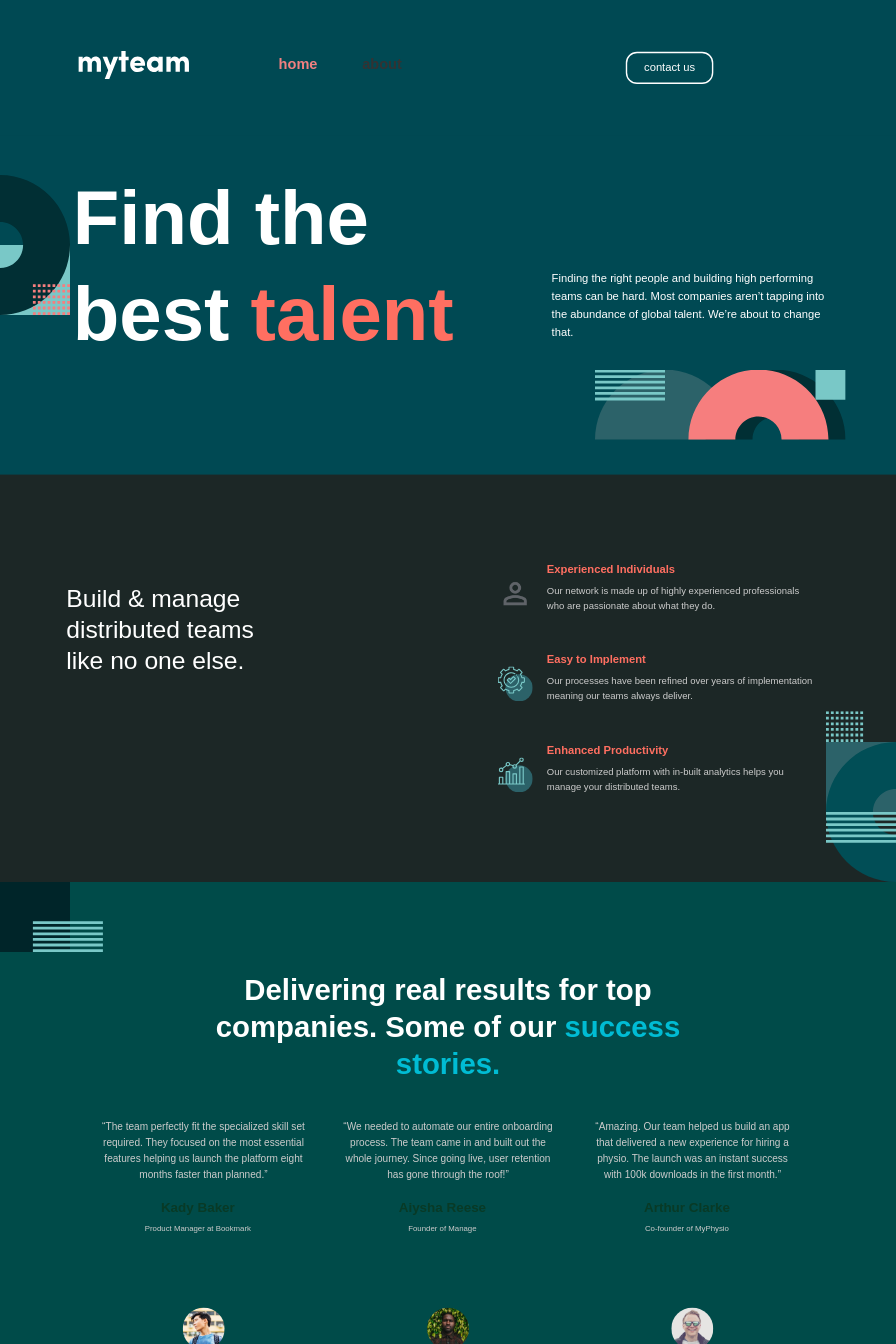
Repository: Gabriel221-dev/Project-page-main
Page: /
These files come from the project's save history. The page is drawn as it stood at one moment and after the next save; the edit follows.
The browser window is 1280 px wide. The pictures show the part of the page from y = 0 to 1920 px (the page is 2612 px tall), at 70% of full size.
The project was rebuilt for these pictures with package versions that can differ from the ones it lists, and the page was loaded fresh each time. Also part of the build but not shown: vite.config.js, src/pages/About.css, src/components/DirectorCard.css, src/components/DirectorCard.jsx, src/pages/About.jsx, src/pages/Contact.css, src/pages/Contact.jsx.

Above is the page before, as saved 2024-07-23 09:27:47.

After the next save:
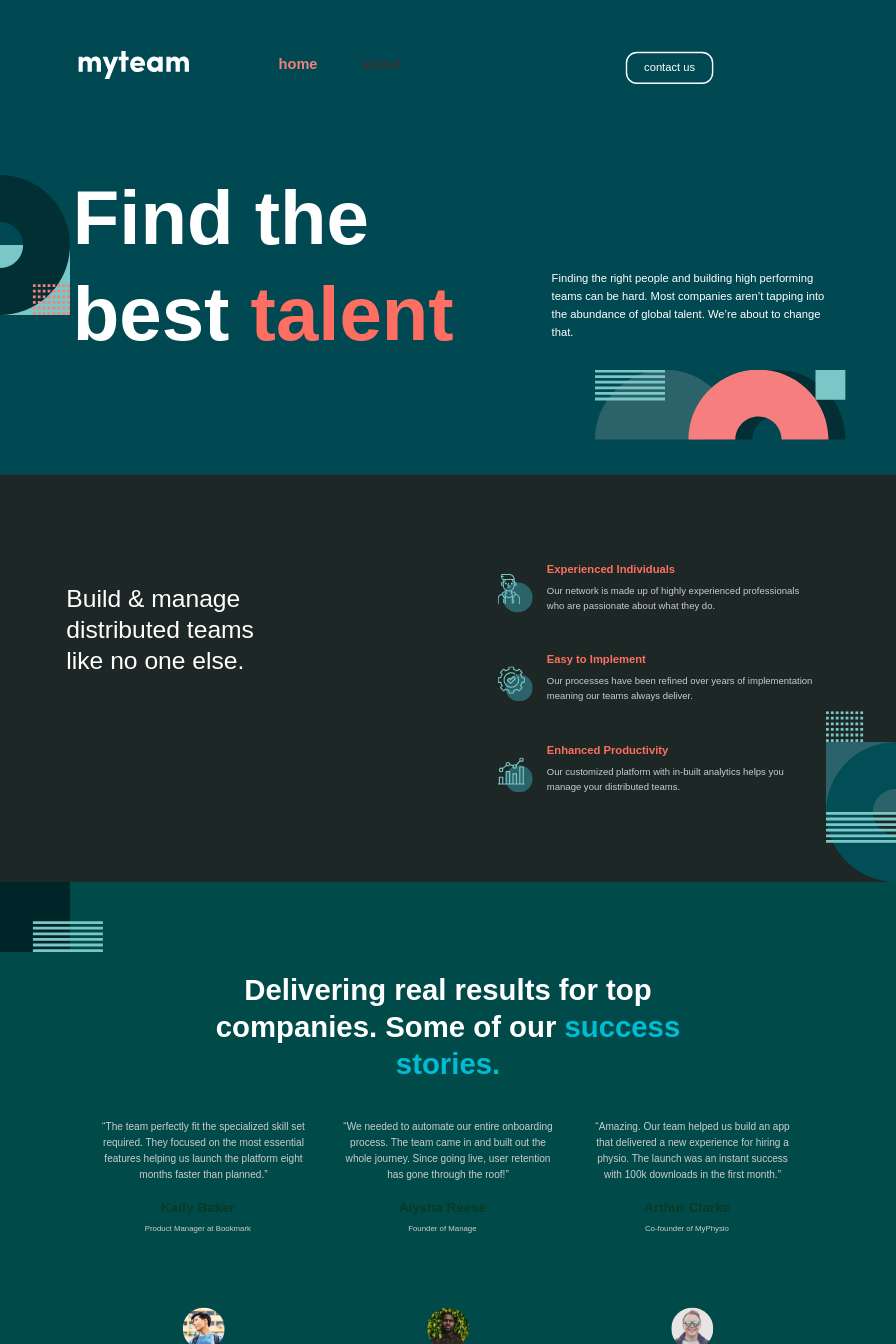
Saved 43 s later.
--- a/src/pages/Home.jsx
+++ b/src/pages/Home.jsx
@@ -30,7 +30,8 @@ const Home = () => {
           <div className="build__items">
             <div className="build__item">
               <img
-                src={iconPerson}
+                // src={iconPerson}
+                src="/Imagez/icon-person.svg"
                 alt="Experienced Individuals"
                 className="build__icon"
               />
